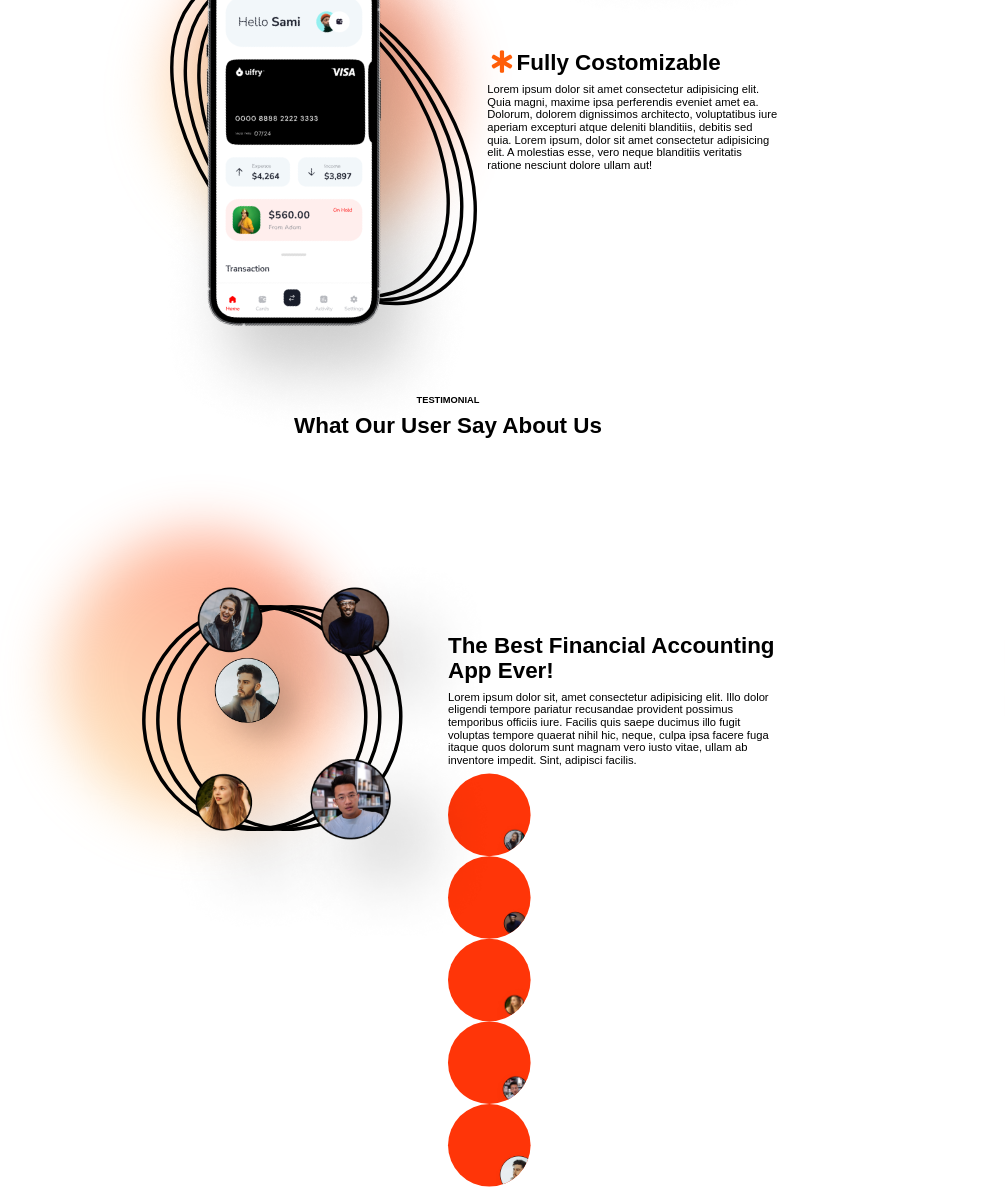
Repository: sakshambansal7/Uifry
Page: index.html
An editor plug-in stored every save of this project. The page is shown before and after a run of saves, followed by the edit.
The browser window is 1280 px wide. The page is 1435 px wide, so the pictures cover 1435 px, including what lies to the right of the window. The pictures show the part of the page from y = 2063 to 3783 px (the page is 3783 px tall before and 3434 px after), at 70% of full size.
Some web libraries are served in a nearby version.

Above is the page before, as saved 2024-06-12 22:30:46.

### index.html
<!DOCTYPE html>
<html lang="en">
  <head>
    <meta charset="UTF-8" />
    <meta name="viewport" content="width=device-width, initial-scale=1.0" />
    <title>uifry.com</title>
    <link rel="stylesheet" href="style.css" />
    <link rel="stylesheet" href="https://cdnjs.cloudflare.com/ajax/libs/font-awesome/6.1.1/css/all.min.css">

  </head>
  <body>
    <nav class="navbar">
      <div>
        <img class="logo" src="./images/logo.png" alt="img" />
      </div>
      <div class="nav">
        <div><a href="#" class="nav__link active">Home </a></div>
        <div><a href="#" class="nav__link">About Us</a></div>
        <div><a href="#" class="nav__link">Pricing</a></div>
        <div><a href="#" class="nav__link">features</a></div>
      </div>
      <div class="download">
        <button class="button">Download</button>
      </div>
    </nav>
    <div class="part1 ">
      <div class="left">
        <div class="bg-shape1"></div>
        <h1>Make The Best Financial Decisions</h1>
        <div class="bg-shape1 position-1"></div> <!-- Duplicate for top and bottom -->
        <p>Lorem ipsum dolor sit amet consectetur, adipisicing elit. Fuga dolorem esse natus repellat modi, mollitia voluptates est.</p>
        <div class="cta-buttons">
          <button class="get-started-btn">Get Started <i class="fa-solid fa-arrow-right"></i></button>
          <button class="watch-video-btn"> <i class="fa-solid fa-circle-play"></i>Watch Video</button>
        </div>
      </div>

      <div class="right">
        <div class="bg-shape2"></div>
        <div class="elipse-common elipse"></div>
        <div class="elipse-common elipse1"></div>
        <div class="elipse-common elipse2"></div>

        <img class="image1" src="./images/iphone.png" alt="Mobile App Mockup" />
        <img class="image2" src="./images/igraph.png" alt="Mobile App Mockup" />
        <img class="image3" src="./images/iphone.png" alt="Mobile App Mockup" />
      </div>

    </div>
    <div class="part2">
      <div class="left">
        <div class="bg-shape2"></div>
        <div class="elipse-common elipse3"></div>
        <div class="elipse-common elipse4"></div>
        <div class="elipse-common elipse5"></div>

        <img class="image1" src="./images/iphone.png" alt="Mobile App Mockup" />

      </div>
      <div class="right">
        <h4>FEATURES</h4>
        <H1>Uifry Premium</H1>
        <h3><i class="fa-regular fa-star custom-color"></i> Budgeting intervals</h3>
        <p>Lorem ipsum dolor sit amet consectetur, adipisicing elit. Fuga dolorem esse natus repellat modi, mollitia voluptates est.</p>
        <h3> <i class="fa-solid fa-gear custom-color"></i> Budgeting intervals</h3>
        <p>Lorem ipsum dolor sit amet consectetur, adipisicing elit. Fuga dolorem esse natus repellat modi, mollitia voluptates est.</p>
        <h3><i class="fa-solid fa-star-of-life custom-color"></i>Budgeting intervals</h3>
        <p>Lorem ipsum dolor sit amet consectetur, adipisicing elit. Fuga dolorem esse natus repellat modi, mollitia voluptates est.</p>

      </div>
    </div>
    <div class="part3">
      <div class="left">
        <h4>ADVANTAGES</h4>
        <H1> Why Choose Uifry ?</H1>
        <h3><i class="fa-solid fa-bell custom-color"></i>Clever notificAations</h3>
        <p>Lorem ipsum dolor sit amet consectetur, adipisicing elit. Fuga dolorem esse natus repellat modi, mollitia voluptates est. Lorem ipsum dolor sit amet consectetur adipisicing elit. Perspiciatis expedita accusantium obcaecati dicta debitis optio quibusdam animi assumenda sit commodi?</p>

      </div>
      <div class="right">
        <div class="bg-shape2"></div>
        <div class="elipse-common elipse3"></div>
        <div class="elipse-common elipse4"></div>
        <div class="elipse-common elipse5"></div>
        <img src="./images/igraph.png" alt="img">
      </div>
    </div>
    <div class="part4">
      <div class="left">
        <div class="bg-shape2"></div>
        <div class="elipse-common elipse3"></div>
        <div class="elipse-common elipse4"></div>
        <div class="elipse-common elipse5"></div>
        <img src="./images/iphone.png" alt="img">
      </div>
      <div class="right">
        <h1><i class="fa-solid fa-star-of-life custom-color "></i>Fully Costomizable</h1>
        <p>Lorem ipsum dolor sit amet consectetur adipisicing elit. Quia magni, maxime ipsa perferendis eveniet amet ea. Dolorum, dolorem dignissimos architecto, voluptatibus iure aperiam excepturi atque deleniti blanditiis, debitis sed quia. Lorem ipsum, dolor sit amet consectetur adipisicing elit. A molestias esse, vero neque blanditiis veritatis ratione nesciunt dolore ullam aut!</p>
      </div>
    </div>
    <div class="parent-container">
      <h5>TESTIMONIAL</h5>
      <h1>What Our User Say About Us</h1>
  </div>

    <div class="part5">
      <div class="left">
        <div class="bg-shape2"></div>
        <div class="elipse-common elipse6"></div>
        <div class="elipse-common elipse7"></div>
        <div class="elipse-common elipse8"></div>

        <div class="img1 "><img src="./images/1.png" alt="img"></div>
        <div class="img2 "><img src="./images/2.png" alt="img"></div>
        <div class="img3 "><img src="./images/3.png" alt="img"></div>
        <div class="img4 "><img src="./images/4.png" alt="img"></div>
        <div class="main "><img src="./images/main.png" alt="img"></div>

      </div>
      <div class="right">
        <h1>The Best Financial Accounting App Ever!</h1>
        <p>Lorem ipsum dolor sit, amet consectetur adipisicing elit. Illo dolor eligendi tempore pariatur recusandae provident possimus temporibus officiis iure. Facilis quis saepe ducimus illo fugit voluptas tempore quaerat nihil hic, neque, culpa ipsa facere fuga itaque quos dolorum sunt magnam vero iusto vitae, ullam ab inventore impedit. Sint, adipisci facilis.</p>

        <div class="images">
          <div class="img"><img src="./images/1.png" alt="img"></div>
          <div class="img"><img src="./images/2.png" alt="img"></div>
          <div class="img"><img src="./images/3.png" alt="img"></div>
          <div class="img"><img src="./images/4.png" alt="img"></div>
          <div class="img"><img src="./images/main.png" alt="img"></div>
        </div>
      </div>

    </div>
  </body>
  <script src="script.js"></script>
</html>

### style.css

*{
    margin: 0px;
    padding: 5px;

}
body {
  margin-left: 20vh;
  margin-right: 20vh;
  font-family: Arial, sans-serif;
  background: #fff;
  color: #000000;
  justify-content: center;
  box-sizing: border-box;
}

  /* navbar */
.logo {
  width: 120px;
}


.navbar{
  display: flex;
  justify-content: flex-start;

}
.nav{
  padding-top: 10px;
  display: flex;
  justify-content: center;

}
nav  {
  display: inline;
}

nav a {
  text-decoration: none;
  color: #333;
  font-weight: bold;
}


.button {
  width: 160px;
  height: 40px;
  border-radius: 3px;
  background-color: #000000;
  color: #fff;
  padding: 10px 20px;
  cursor: pointer;
  border: none;
  font-weight: bold;
  margin-left: 40vh;
}
.download{

  padding-top: 10px;
}


.nav__link {
    display: block;
    padding: .3125rem 1.5rem;
    text-transform: uppercase;
  }

  .nav__link.active  {

    color: #FF5E08;
  }

  /* part-1 */

  .part1 {
    height: 85vh;
    display: inline-flex;
        justify-content: space-between;
        top: 50px !important;
        inset: 0;


    padding: 60px 40px;
}

/* .absolute{
  position: absolute;
  inset: 0;
  justify-content: center;
  display: inline-flex;
  flex-direction: row;
} */
.left {
  max-width: 50%;
}

.part1 h1 {
  font-size: 3em;
  margin: 0 0 20px;
}

.part1 p {
  font-size: 1.2em;
  margin: 0 0 40px;
}

.cta-buttons {
  display: flex;
  gap: 20px;
}

.get-started-btn,
.watch-video-btn {
  background: #000;
  color: #fff;
  padding: 15px 30px;
  border: none;
  cursor: pointer;
  font-size: 1em;
  font-weight: bold;
}

.watch-video-btn {
  color: #000000;

  background: transparent;
}

.right {
  max-width: 50%;
  position: relative; /* Add position relative to use as a reference for absolute positioning */
}

.right .image1{

  position: absolute;
  z-index: 3;
  width: 100%;
  padding-left: 0px;



}
.right .image2 {
  position: absolute;
  padding-top: 50px;
  padding-left: 100px;


  z-index: 2;
  max-width: 100%;
}
.right .image3 {


  padding-top: 100px;
  padding-left: 200px;
  z-index: 1;
  max-width: 100%;
}
/* background-effect */


.justify-center{
  justify-content: center;
}

/* background-effect */
.left {
  max-width: 50%;
  position: relative; /* Add this line */
}

.bg-shape1 {
  width: 400px;
  height: 400px;
  border-radius: 9999px;
  position: absolute; /* Change to absolute for proper positioning */
  top: 0px; /* Positioning adjustments */
  left: 50%; /* Positioning adjustments */
  transform: translateX(-50%); /* Center the shape horizontally */
  z-index: -1; /* Ensure it's behind the text */
  background: linear-gradient(35deg,  #FDE598,#ff3508); /* Dual color gradient */
  opacity: 0.5; /* Adjust as necessary */
  filter: blur(40px);

}

.bg-shape2 {
  width: 400px;
  height: 400px;
  border-radius: 9999px;
  position: absolute; /* Change to absolute for proper positioning */
  top: 50px; /* Positioning adjustments */
  left: 50%; /* Positioning adjustments */
  transform: translateX(-50%); /* Center the shape horizontally */
  z-index: -1; /* Ensure it's behind the text */
  background: linear-gradient(35deg,  #FDE598,#ff3508); /* Dual color gradient */
  opacity: 0.5; /* Adjust as necessary */
  filter: blur(40px);

}

  /* circular shape */

  .elipse-common {

    background: none;
    border-radius: 50%;
    -ms-transform: rotate(40deg);  /* IE 9 */
    -webkit-transform: rotate(40deg);  /* Safari */
    transform: rotate(40deg);
    position: absolute;
    top: 150px;
    border: 5px solid black;
    z-index: -1; /* Ensure it's behind the text */
}

.elipse {
  width: 700px;
  height: 305px;
    left: 45px;

}

.elipse1 {
  width: 700px;
  height: 305px;
    left: 25px;
}

.elipse2 {
  width: 700px;
  height: 305px;
    left: 5px;
}
.elipse3 {
  width: 500px;
  height: 305px;
    left: 45px;

}

.elipse4 {
  width: 500px;
  height: 305px;
    left: 25px;
}

.elipse5 {
  width: 500px;
  height: 305px;
    left: 5px;
}


.part2{
  display: flex;
  height: 85vh;
}

  .part2 .left .image1{
    transform: rotate(15deg);
  }

  .part2 .right{
    margin-top: 20vh;

  }
  .part2 .right h3 h1{
    font-weight: 900; /* 400 is normal, 700 is bold */
  }
  .part2 .right h4{
    color: #FF5E08;
  }
  .custom-color {
    color: #FF5E08;
}

.part3{
  display: flex;
  align-items: center;
  justify-content: center;
  height: 80vh;



}
.part3 .left h4{
  color: #FF5E08;

}
.part3 .left p{
 font-weight: 100;

}
.part3 .right img{
  transform: rotate(15deg);

}


.part4{
  gap: 5vh;
  display: flex;
  align-items: center;
  justify-content: center;
  height: 80vh;

}


.part4  .left{
  transform: rotate(15deg);


}
.part4 .right{
  padding-bottom: 30vh;
}



.elipse6 {
  width: 300px;
  height: 305px;
    left: 65px;



}

.elipse7 {
  width: 300px;
  height: 305px;
    left: 45px;
}

.elipse8 {
  width: 300px;
  height: 305px;
    left: 95px;
}

.parent-container {
  text-align: center;
}

.part5{
  margin-top: 10vh;
  display: flex;
  gap: 30vh;
  position: relative;


}


.part5  img {
  position: relative;
  top: 50px;
  left: 50px;
}
.part5  .img1{
  position: absolute;
  top: 1vh;
  left: .1h;
  z-index: 4;



}
.part5  .img2{
  position: absolute;
  top: 1vh;
  left: 25vh;
  z-index: 5;

}
.part5  .img3{
  position: absolute;
  top: 38vh;
  left: .1vh;
  z-index: 3;


}
.part5  .img4{
  position: absolute;
  top: 35vh;
  left: 23vh;
  z-index: 2;


}
.part5 .main {
  position: relative;
  top: 19vh;
  left: 8vh;
  z-index: 1;

}

/* Adjust the size of the image within the .main div */
.part5 .main img {
  width: 80%; /* Decrease the width to 50% of its original size */
  height: auto; /* Maintain aspect ratio */
}


.part5 .right{
  margin-top:25vh ;
}


.images .img {
  background-color: #ff3508;
  width: 15vh;
  height: 15vh;
  border-radius: 50%;
  overflow: hidden; /* Ensure the images fit within the circular divs */

}

.images .img img {
  width: 100%;
  height: 100%;
  object-fit: cover;
}

### script.js
document.addEventListener('DOMContentLoaded', function() {
    const selector = '.nav__link';
    const elems = Array.from( document.querySelectorAll( selector ) );
    const navigation = document.querySelector( 'nav' );

    function makeActive( evt ) {
      const target = evt.target;

      if ( !target || !target.matches( selector ) ) {
        return;
      }

      elems.forEach( elem => elem.classList.remove( 'active' ) );

        evt.target.classList.add( 'active' );
    };

    navigation.addEventListener( 'mousedown', makeActive );

    } );

After the next 2 saves:
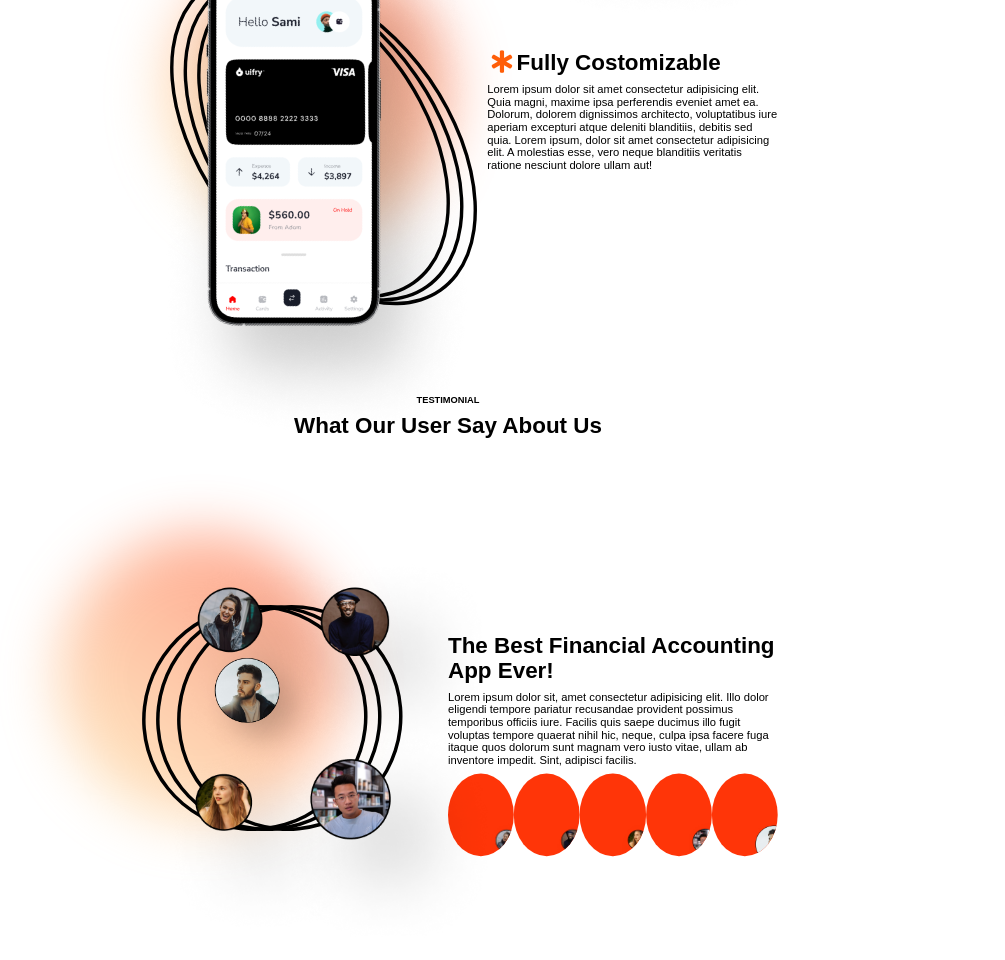
The 2 saves are shown as one change because they came seconds apart.
The last was saved 8 s later.
--- a/style.css
+++ b/style.css
@@ -412,7 +412,11 @@ nav a {
 .part5 .right{
   margin-top:25vh ;
 }
-
+.images{
+  display: flex;
+  align-items: center;
+  justify-content: center;
+}
 
 .images .img {
   background-color: #ff3508;
